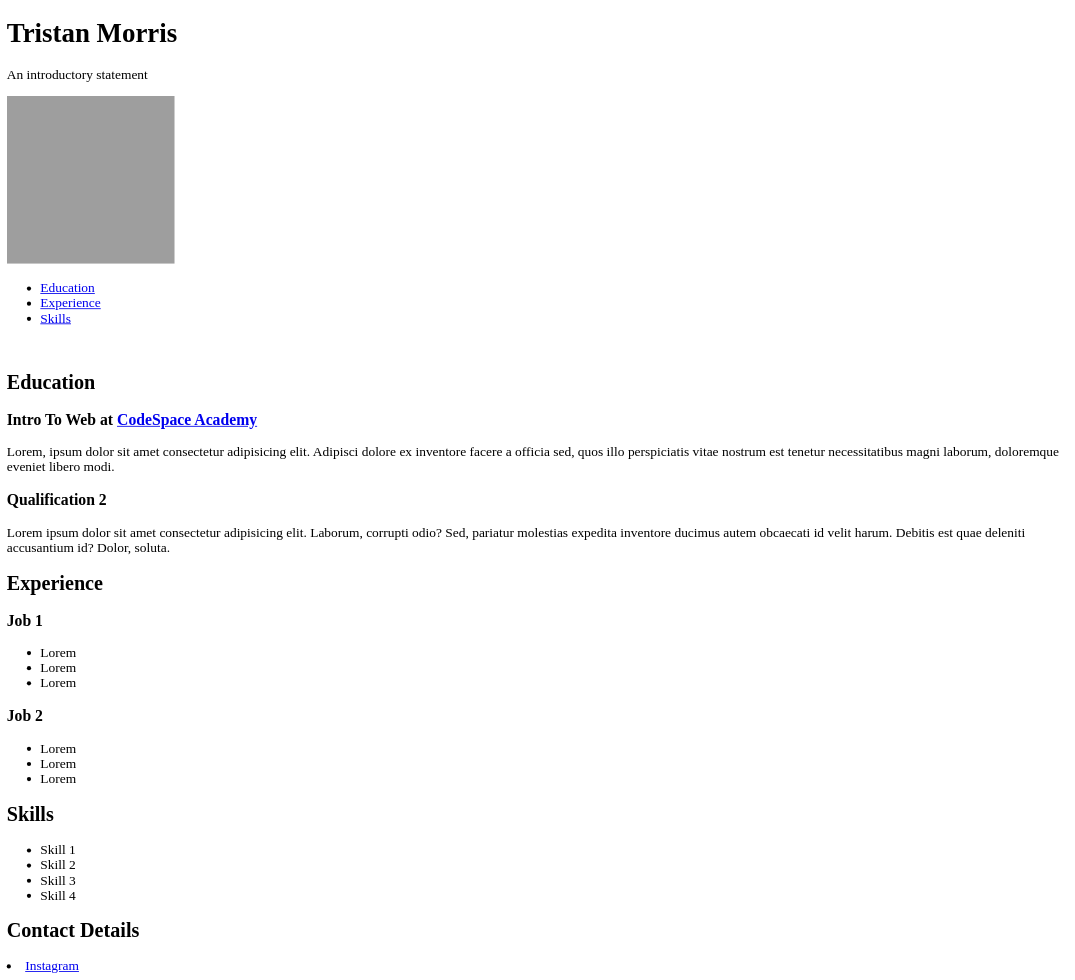
Repository: TristanKMorris/introToWebDesignAssignment
Page: resume1.html
An editor plug-in stored every save of this project. The page is shown before and after the next save, followed by the edit.
The browser window is 1280 px wide. The pictures show the whole page, at 84% of full size.
Pictures or frames that could not be fetched are drawn as grey boxes.

Above is the page before, as saved 2022-05-31 12:42:36.

After the next save:
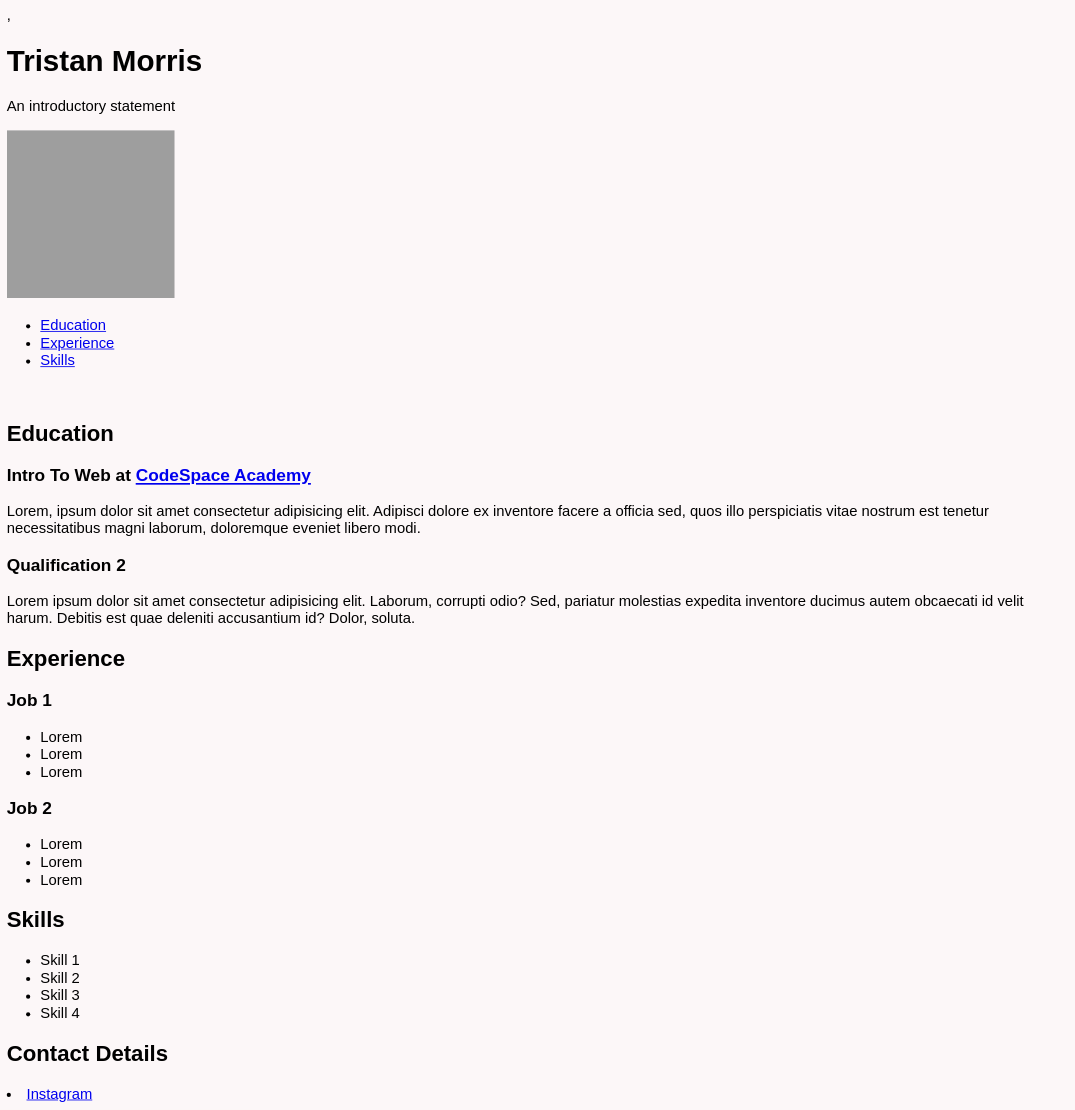
Saved 17 min 6 s later.
--- a/resume1.html
+++ b/resume1.html
@@ -4,7 +4,8 @@
     <meta charset="UTF-8" />
     <meta http-equiv="X-UA-Compatible" content="IE=edge" />
     <meta name="viewport" content="width=device-width, initial-scale=1.0" />
-    <title>Resume 1</title>
+    <title>My first web page</title>
+    ,<link rel="stylesheet" type="text/css" href="css/stylesheet.css">
   </head>
   <body>
     <h1>Tristan Morris</h1>
